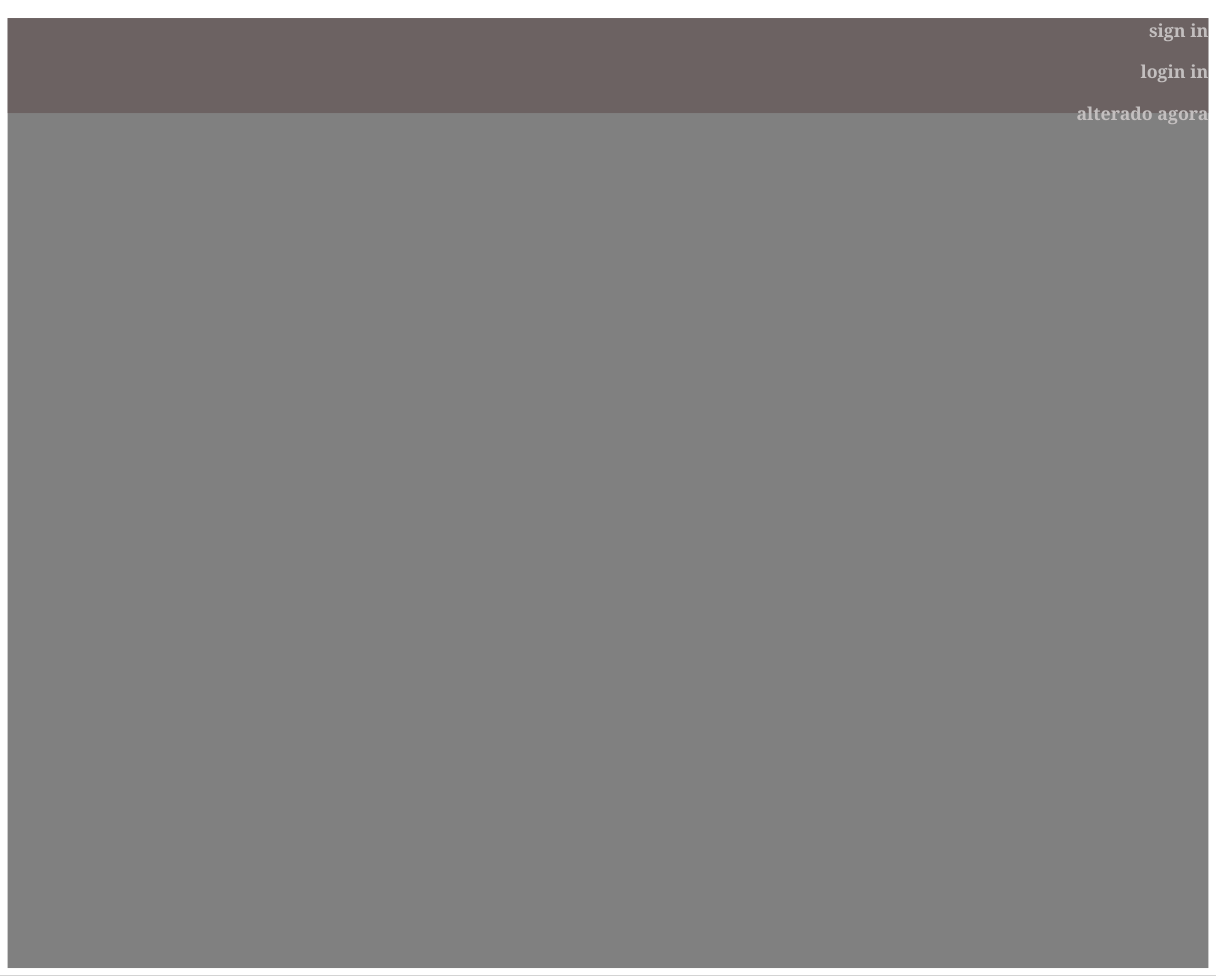
Repository: iraiore/trabalho-web-i-anime
Page: index.html
The author's editor kept a copy of each file at every save. The page is drawn from the files as they stood at one save, then again after the next save.
The browser window is 1280 px wide. The pictures show the whole page, at 95% of full size.

Above is the page before, as saved 2023-08-28 21:34:26.

After the next save:
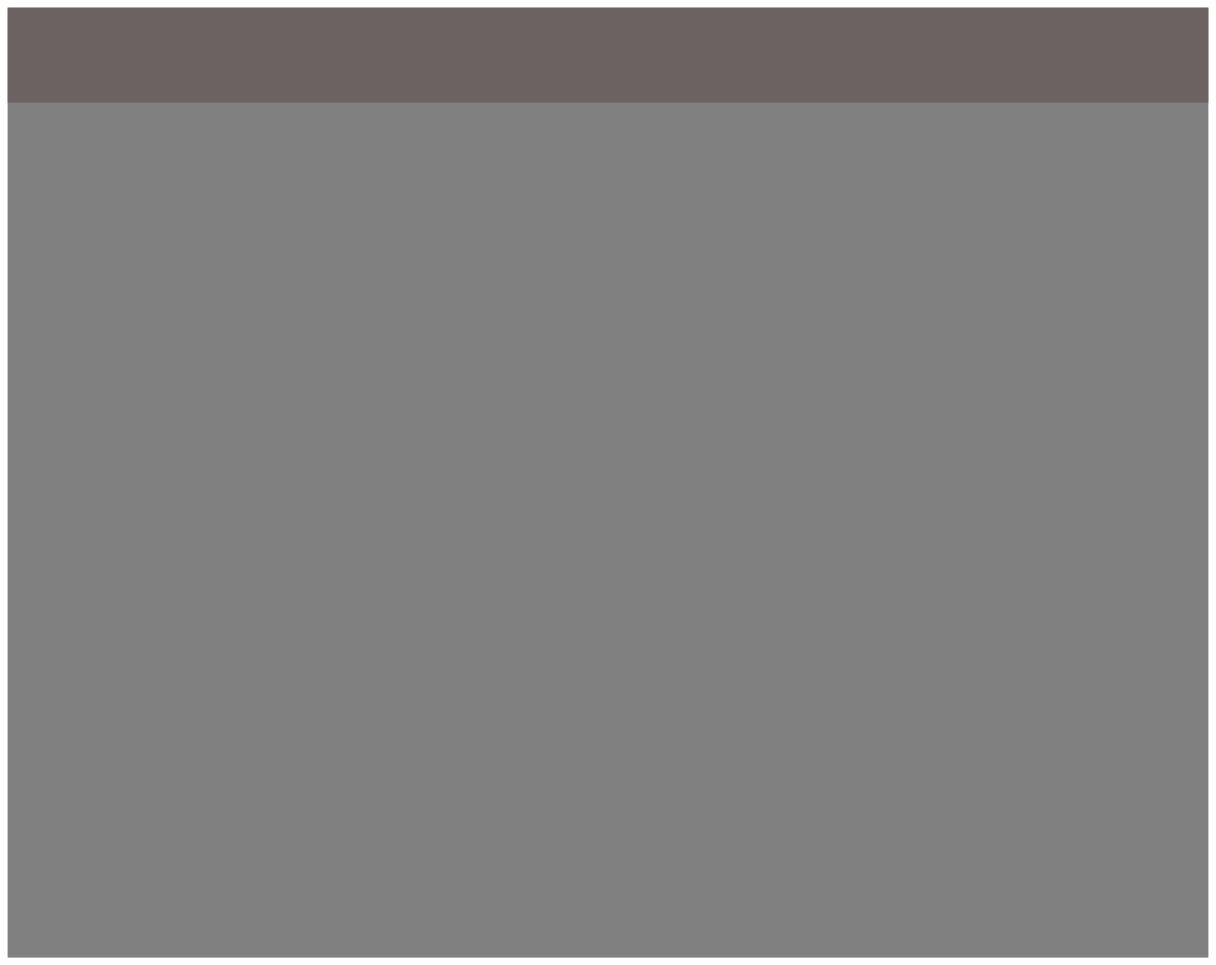
Saved 12 min 4 s later.
--- a/index.html
+++ b/index.html
@@ -10,9 +10,7 @@
 <body>
     <div id="site">
         <div id="header">
-            <h3 id="register-login">sign in</h3>
-            <h3 id="register-login">login in</h3>
-            <h3 id="register-login">alterado agora</h3>
+
 
         </div>
 

After the 2 saves that followed:
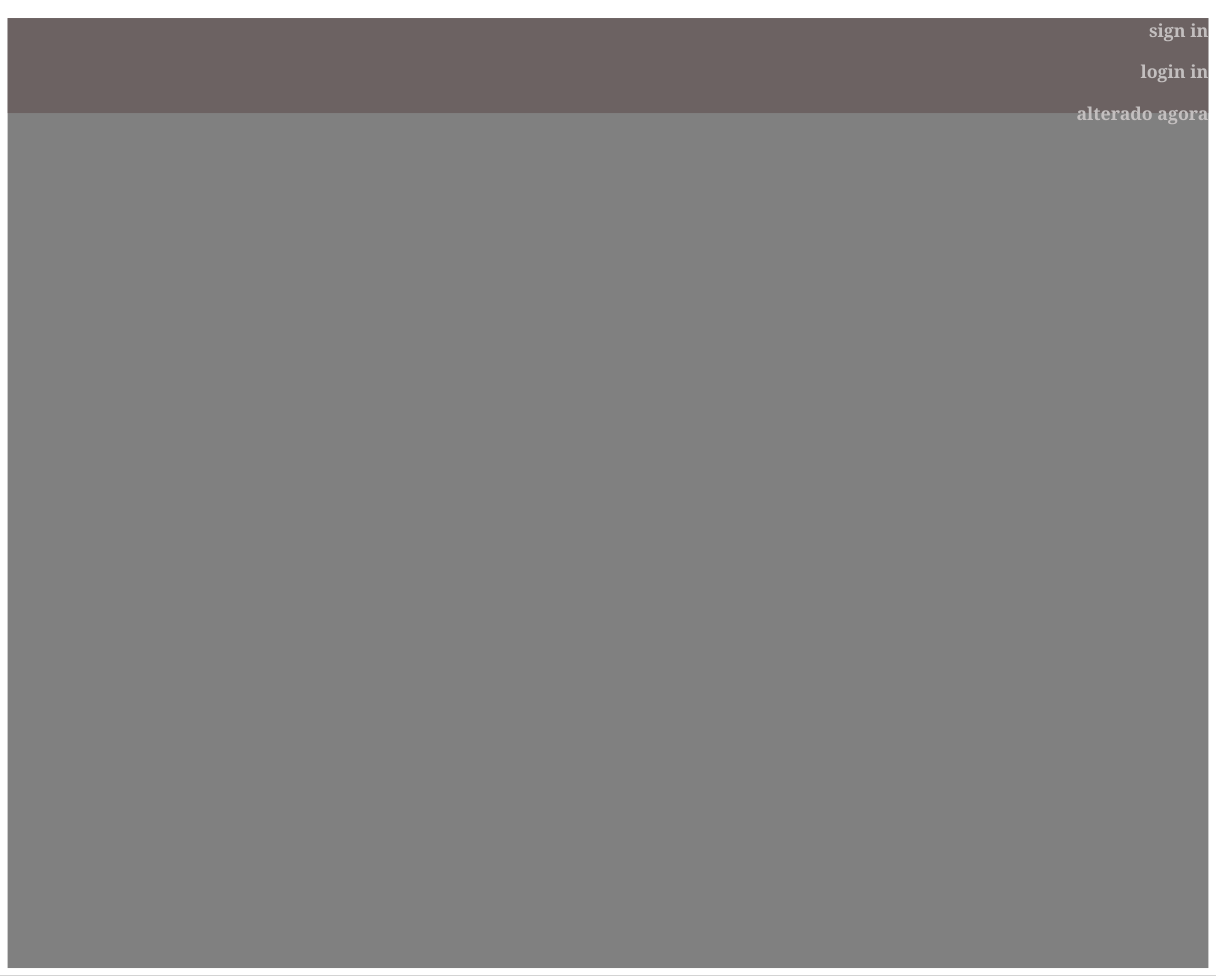
The 2 saves are shown as one change because 1 left the picture as it was.
The last was saved 22 s later.
--- a/index.html
+++ b/index.html
@@ -10,7 +10,9 @@
 <body>
     <div id="site">
         <div id="header">
-
+            <h3 id="register-login">sign in</h3>
+            <h3 id="register-login">login in</h3>
+            <h3 id="register-login">alterado agora</h3>
 
         </div>
 
